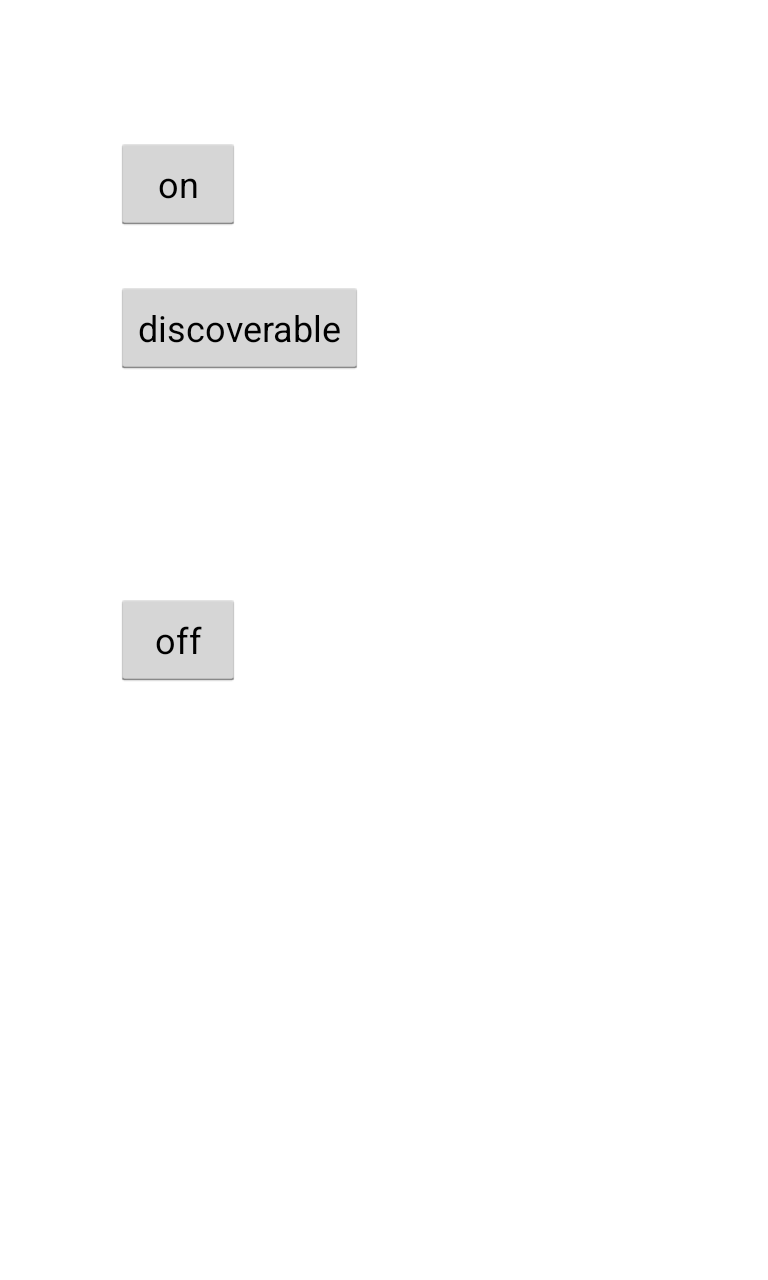
Repository: arjuntheprogrammer/iact
Layout: iact/iact android practice/mywork/Bluetooth/res/layout/activity_main.xml
The author's editor kept a copy of each file at every save. The layout is drawn from the files as they stood at one save, then again after the next save.
It is drawn on a 768 x 1280 px phone screen (xhdpi) without system bars, with theme AppTheme; the app's code is not run.

Above is the layout before, as saved 2016-01-02 19:47:20.

After the next save:
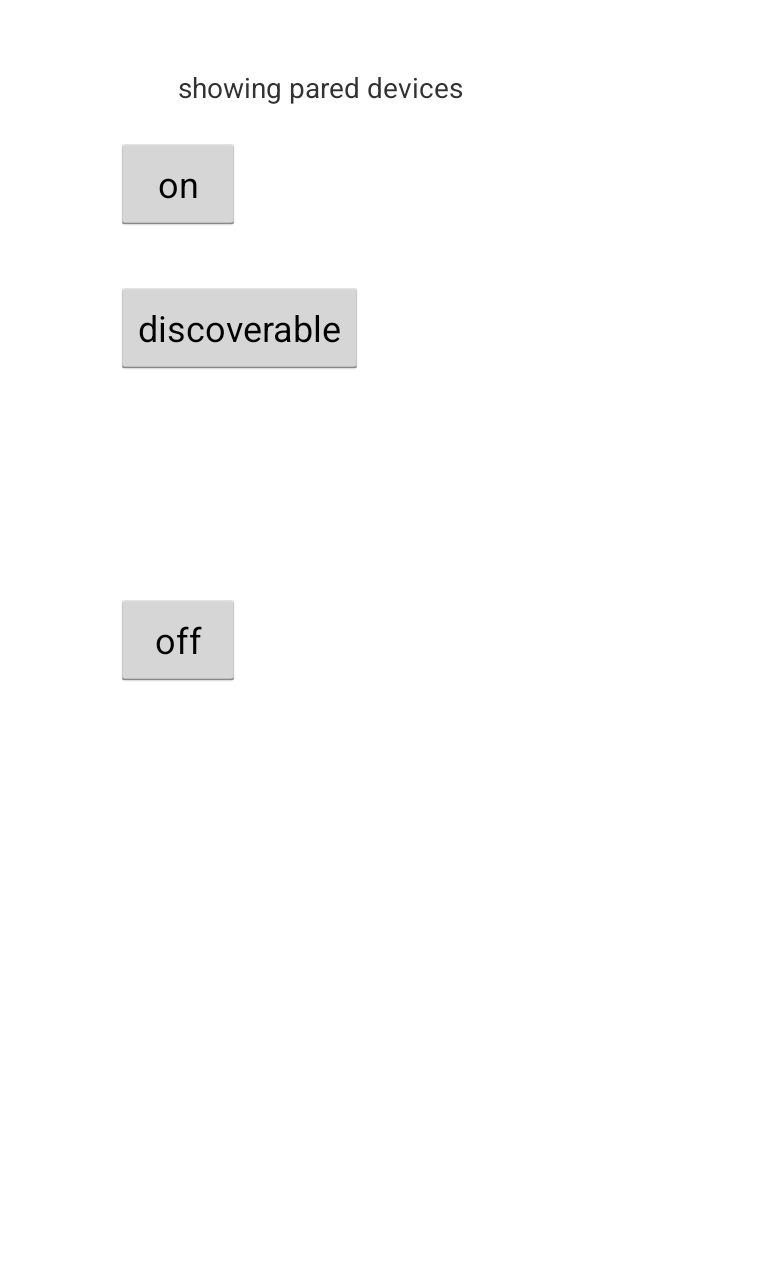
Saved 6 min 58 s later.
--- a/iact/iact android practice/mywork/Bluetooth/res/layout/activity_main.xml
+++ b/iact/iact android practice/mywork/Bluetooth/res/layout/activity_main.xml
@@ -33,4 +33,14 @@
         android:layout_centerVertical="true"
         android:text="off" />
 
+    <TextView
+        android:id="@+id/textView1"
+        android:layout_width="wrap_content"
+        android:layout_height="wrap_content"
+        android:layout_alignLeft="@+id/button1"
+        android:layout_alignParentTop="true"
+        android:layout_marginLeft="32dp"
+        android:layout_marginTop="18dp"
+        android:text="showing pared devices" />
+
 </RelativeLayout>
